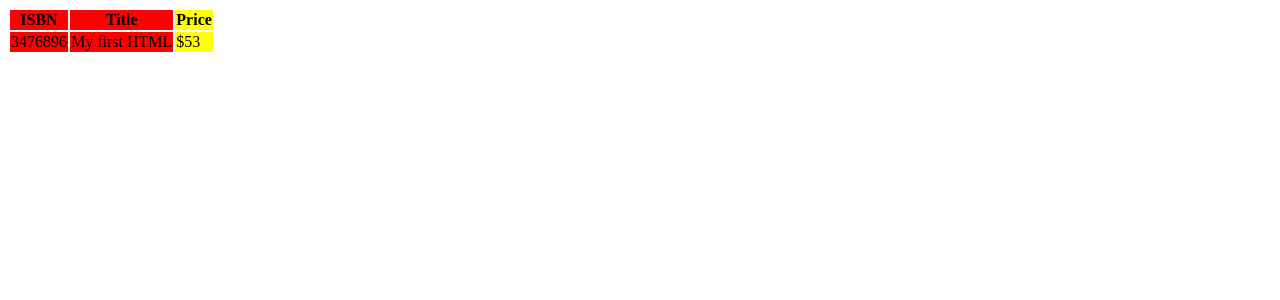
Repository: lukas77pro/html_css_js
Page: html/Test/WebContent/Tabela.html
The author's editor kept a copy of each file at every save. The page is drawn from the files as they stood at one save, then again after the next save.
The browser window is 1280 px wide. The pictures show the whole page.

Above is the page before, as saved 2015-07-10 11:42:58.

After the next save:
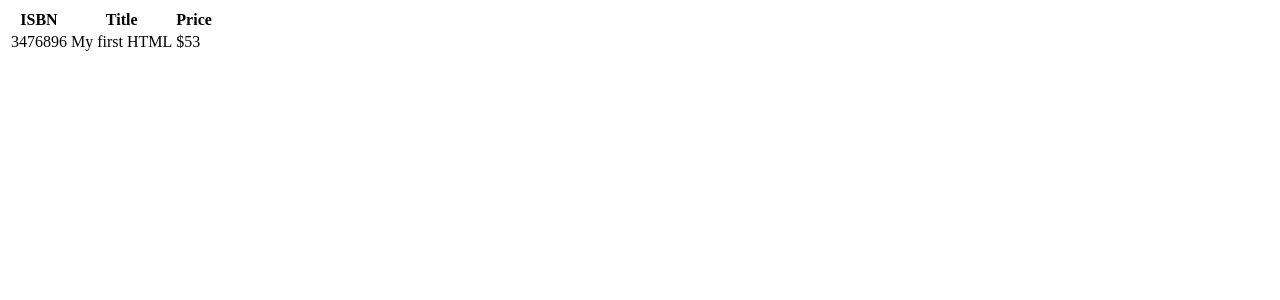
Saved 7 s later.
--- a/html/Test/WebContent/Tabela.html
+++ b/html/Test/WebContent/Tabela.html
@@ -6,10 +6,6 @@
 </head>
 <body>
  <table>
-  <colgroup>
-    <col span="2" style="background-color:red">
-    <col style="background-color:yellow">
-  </colgroup>
   <tr>
     <th>ISBN</th>
     <th>Title</th>
